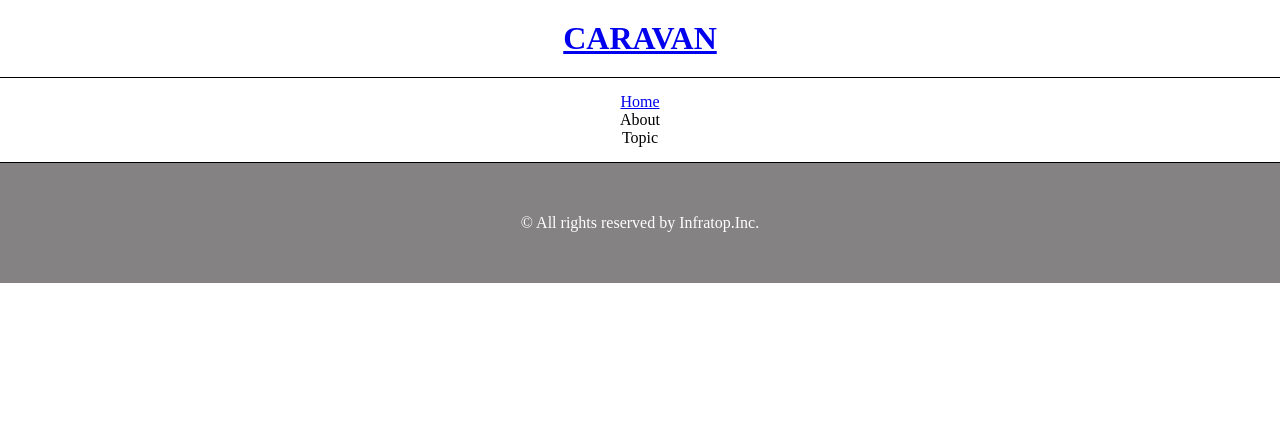
Repository: momopomi/htmlcss
Page: exercise/1-5.html
The author's editor kept a record of every edit. The page is drawn from the files as they stood at one moment, then again after the next edit.
The browser window is 1280 px wide. The pictures show the whole page.

Above is the page before.

After the next edit:
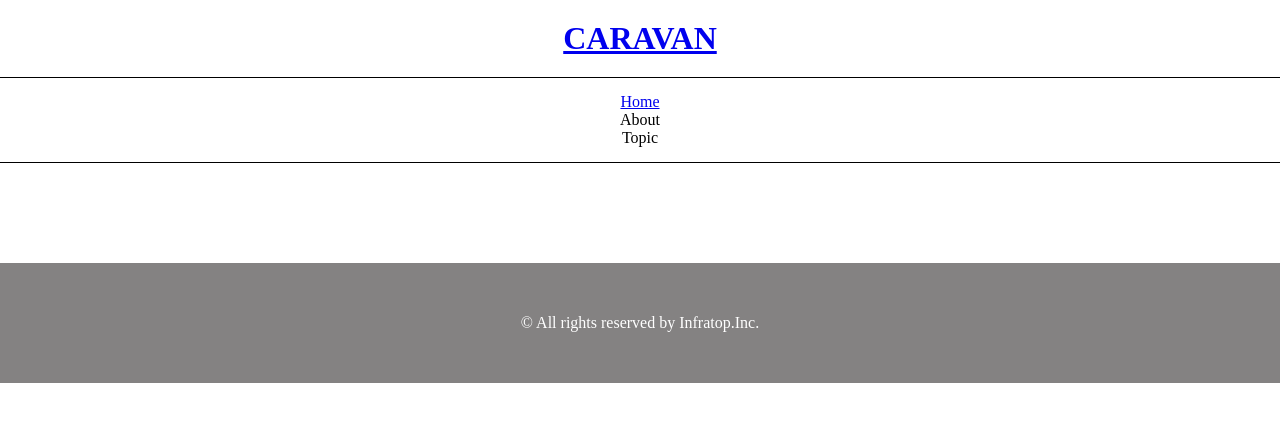
The edit:
--- a/exercise/1-5.css
+++ b/exercise/1-5.css
@@ -49,6 +49,9 @@
 }
 
 .main{
+  padding-top: 50px;
+  padding-bottom: 50px;
+  margin: 0 auto;
   text-align: center;
 }
 .box1{
